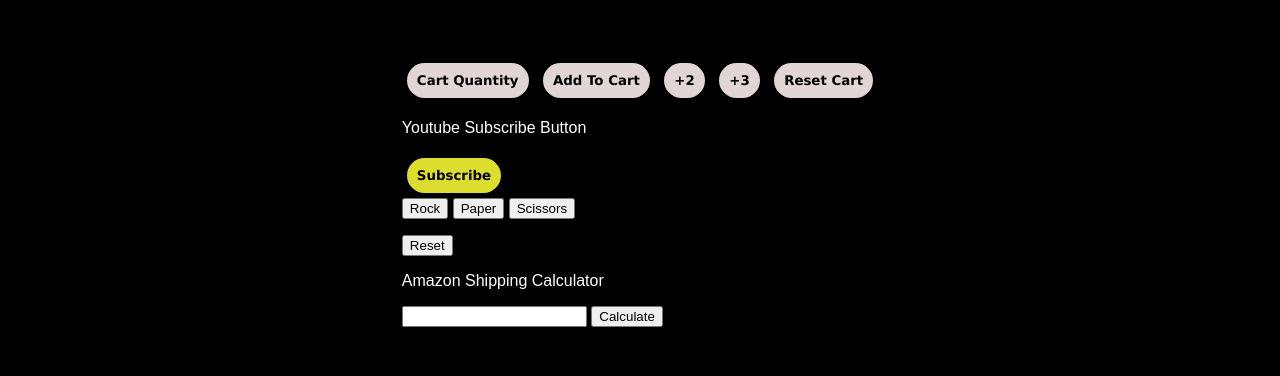
Repository: EguJaredoBoyd/Jared-Learning-Projects
Page: javascript-tutorial.html
An editor plug-in stored every save of this project. The page is shown before and after the next save, followed by the edit.
The browser window is 1280 px wide. The pictures show the whole page.

Above is the page before, as saved 2025-07-06 22:31:29.

### javascript-tutorial.html
<!DOCTYPE html>
<html lang="en">
<head>
    <meta charset="UTF-8">
    <meta name="viewport" content="width=device-width, initial-scale=1.0">
    <title>Document</title>
    <link rel="stylesheet" href="javascript-tutorial.css">
    <script src="javacript-tutorial.js" defer></script>
</head>
<body>
    <main>
        <section class="cart-class">
            <button onclick="cartDisplay()">Cart Quantity</button>
            <button onclick="addCart();
            cartDisplay()">Add To Cart</button>
            <button onclick="addCart2();
            cartDisplay()">+2</button>
            <button onclick="addCart3();
            cartDisplay()">+3</button>
            <button onclick="cartReset();
            cartDisplay()">Reset Cart</button>

            <p id="cart-quantity"></p>
            <p>Youtube Subscribe Button</p>
            <button onclick="subscribe()" class="sub-button">Subscribe</button>
        </section>

        <section class="game-play">
            <button onclick="selectRock()" class="rock">Rock</button>
            <button onclick="selectPaper()">Paper</button>
            <button onclick="selectScissors()">Scissors</button>
            <p class="win-paragraph"></p>
            <p class="move-paragraph"></p>
            <p class="score-paragraph"></p>
            <button onclick="selectReset()">Reset</button>
        </section>

        <section class="amazon-calculator">
            <p>Amazon Shipping Calculator</p>
            <input type="text" class="amazon-cost" onkeydown="handleCost(event)">
            <button onclick="calculateTotal()">Calculate</button>
            <p class="shipping-cost"></p>
        </section>
    </main>

</body>
</html>

### javascript-tutorial.css
body{
    font-family: Arial, Helvetica, sans-serif;
    background-color: black;
    display: flex;
    justify-content: center;
    padding-top: 50px;

}
.cart-class button{
    padding: 10px;
    margin: 5px;
    font-weight: bold;
    font-family: Verdana, Geneva, Tahoma, sans-serif;
    border: none;
    border-radius: 50px;

}
.cart-class button:not(.sub-button){
    background-color: rgb(225, 213, 213);

}
.sub-button{
    background-color: rgb(221, 221, 48);
}
.sub-button-two{
    background-color: rgb(225, 213, 213);
}
p{
    color: white;
}

### javacript-tutorial.js
let cartQuantity = 0;
function cartDisplay(){
    document.getElementById('cart-quantity').innerHTML = cartQuantity;
};

function addCart(){
    cartQuantity = cartQuantity + 1;
};

function addCart2(){
    cartQuantity += 2;
};

function addCart3(){
    cartQuantity += 3;
};

function cartReset(){
    alert("Cart has been reset");
    cartQuantity = 0;
};

function subscribe () {
    let subClick = document.querySelector('.sub-button');
        if (subClick.innerHTML === 'Subscribe') {
            subClick.innerHTML = 'Subscribed'
            subClick.classList.add('sub-button-two');
        } else{
            subClick.innerHTML = 'Subscribe'
            subClick.classList.remove('sub-button-two');

        }
    }




let computerMove = '';
let score = {
    wins: 0,
    losses: 0,
    ties: 0
};

// ✅ Fix 1: Load saved score if it exists in localStorage
const storage = localStorage.getItem('gameScore');
if (storage) {
    score = JSON.parse(storage);
}

console.log(score); // Optional: Just to confirm score is loaded

function selectRock() {
    // ✅ Fix 2: New random number every time the function runs
    let randomNumber = Math.random();

    if (randomNumber >= 0 && randomNumber < 1 / 3) {
        computerMove = 'rock';
    } else if (randomNumber >= 1 / 3 && randomNumber < 2 / 3) {
        computerMove = 'paper';
    } else {
        computerMove = 'scissors';
    }

    let result = '';
    if (computerMove === 'rock') {
        result = 'tie';
    } else if (computerMove === 'paper') {
        result = 'lose';
    } else if (computerMove === 'scissors') {
        result = 'win';
    }

    let newResult = '';
    if (result === 'win') {
        score.wins += 1;
        newResult = 'wins!';
    } else if (result === 'lose') {
        score.losses += 1;
        newResult = 'losses!';
    } else {
        score.ties += 1;
        newResult = 'ties!';
    }

    // ✅ Fix 3: Save updated score to localStorage
    localStorage.setItem('gameScore', JSON.stringify(score));

    let newScore, valueOne, valueTwo, outcomeOne, outcomeTwo;

    if (newResult === 'wins!') {
        newScore = score.wins;
        valueOne = score.losses;
        outcomeOne = 'losses';
        valueTwo = score.ties;
        outcomeTwo = 'ties';
    } else if (newResult === 'losses!') {
        newScore = score.losses;
        valueOne = score.wins;
        outcomeOne = 'wins';
        valueTwo = score.ties;
        outcomeTwo = 'ties';
    } else {
        newScore = score.ties;
        valueOne = score.wins;
        outcomeOne = 'wins';
        valueTwo = score.losses;
        outcomeTwo = 'losses';
    }

    alert(`You picked rock and the computer picked ${computerMove}, you ${result}!
You have ${newScore} ${newResult}, ${valueOne} ${outcomeOne}, and ${valueTwo} ${outcomeTwo}`);

    let rock = document.querySelector('.win-paragraph');
    rock.innerHTML = (`You picked rock and the computer picked ${computerMove}, you ${result}!
    You have ${newScore} ${newResult}, ${valueOne} ${outcomeOne}, and ${valueTwo} ${outcomeTwo}`);

    let rockMove = document.querySelector('.move-paragraph');
    rockMove.innerHTML = (`You - rock : ${computerMove} - Computer`);

    let rockScore = document.querySelector('.score-paragraph');
    rockScore.innerHTML = (`You ${result}!`)

}

function selectPaper() {
    let randomNumber = Math.random();

    if (randomNumber >= 0 && randomNumber < 1 / 3) {
        computerMove = 'rock';
    } else if (randomNumber >= 1 / 3 && randomNumber < 2 / 3) {
        computerMove = 'paper';
    } else {
        computerMove = 'scissors';
    }

    let result = '';
    if (computerMove === 'paper') {
        result = 'tie';
    } else if (computerMove === 'scissors') {
        result = 'lose';
    } else if (computerMove === 'rock') {
        result = 'win';
    }

    let newResult = '';
    if (result === 'win') {
        score.wins += 1;
        newResult = 'wins!';
    } else if (result === 'lose') {
        score.losses += 1;
        newResult = 'losses!';
    } else {
        score.ties += 1;
        newResult = 'ties!';
    }

    localStorage.setItem('gameScore', JSON.stringify(score));

    let newScore, valueOne, valueTwo, outcomeOne, outcomeTwo;

    if (newResult === 'wins!') {
        newScore = score.wins;
        valueOne = score.losses;
        outcomeOne = 'losses';
        valueTwo = score.ties;
        outcomeTwo = 'ties';
    } else if (newResult === 'losses!') {
        newScore = score.losses;
        valueOne = score.wins;
        outcomeOne = 'wins';
        valueTwo = score.ties;
        outcomeTwo = 'ties';
    } else {
        newScore = score.ties;
        valueOne = score.wins;
        outcomeOne = 'wins';
        valueTwo = score.losses;
        outcomeTwo = 'losses';
    }

    alert(`You picked paper and the computer picked ${computerMove}, you ${result}!
You have ${newScore} ${newResult}, ${valueOne} ${outcomeOne}, and ${valueTwo} ${outcomeTwo}`);

    let paper = document.querySelector('.win-paragraph');
        paper.innerHTML = `You picked paper and the computer picked ${computerMove}, you ${result}!
You have ${newScore} ${newResult}, ${valueOne} ${outcomeOne}, and ${valueTwo} ${outcomeTwo}`;

    let paperMove = document.querySelector('.move-paragraph');
    paperMove.innerHTML = (`You - paper : ${computerMove} - Computer`);

    let paperScore = document.querySelector('.score-paragraph');
    paperScore.innerHTML = (`You ${result}!`)


}

function selectScissors() {
    let randomNumber = Math.random();

    if (randomNumber >= 0 && randomNumber < 1 / 3) {
        computerMove = 'rock';
    } else if (randomNumber >= 1 / 3 && randomNumber < 2 / 3) {
        computerMove = 'paper';
    } else {
        computerMove = 'scissors';
    }

    let result = '';
    if (computerMove === 'scissors') {
        result = 'tie';
    } else if (computerMove === 'rock') {
        result = 'lose';
    } else if (computerMove === 'paper') {
        result = 'win';
    }

    let newResult = '';
    if (result === 'win') {
        score.wins += 1;
        newResult = 'wins!';
    } else if (result === 'lose') {
        score.losses += 1;
        newResult = 'losses!';
    } else {
        score.ties += 1;
        newResult = 'ties!';
    }

    localStorage.setItem('gameScore', JSON.stringify(score));

    let newScore, valueOne, valueTwo, outcomeOne, outcomeTwo;

    if (newResult === 'wins!') {
        newScore = score.wins;
        valueOne = score.losses;
        outcomeOne = 'losses';
        valueTwo = score.ties;
        outcomeTwo = 'ties';
    } else if (newResult === 'losses!') {
        newScore = score.losses;
        valueOne = score.wins;
        outcomeOne = 'wins';
        valueTwo = score.ties;
        outcomeTwo = 'ties';
    } else {
        newScore = score.ties;
        valueOne = score.wins;
        outcomeOne = 'wins';
        valueTwo = score.losses;
        outcomeTwo = 'losses';
    }

    alert(`You picked scissors and the computer picked ${computerMove}, you ${result}!
You have ${newScore} ${newResult}, ${valueOne} ${outcomeOne}, and ${valueTwo} ${outcomeTwo}`);

    let scissors = document.querySelector('.win-paragraph');
    scissors.innerHTML = (`You picked scissors and the computer picked ${computerMove}, you ${result}!
You have ${newScore} ${newResult}, ${valueOne} ${outcomeOne}, and ${valueTwo} ${outcomeTwo}`);

    let scissorsMove = document.querySelector('.move-paragraph');
    scissorsMove.innerHTML = (`You - scissors : ${computerMove} - Computer`);

    let scissorsScore = document.querySelector('.score-paragraph');
    scissorsScore.innerHTML = (`You ${result}!`)

}

function selectReset() {
    score = {
        wins: 0,
        losses: 0,
        ties: 0
    };

    // ✅ Fix 4: Clear the score from localStorage too
    localStorage.removeItem('gameScore');

    alert(`Your score has been reset.`);

    let scoreReset = document.querySelector('.win-paragraph');
    scoreReset.innerHTML = ('Your score has been reset.');

    let resetMove = document.querySelector('.move-paragraph');
    resetMove.innerHTML = (``);

    let resetScore = document.querySelector('.score-paragraph');
    resetScore.innerHTML = (``)
};

function calculateTotal() {
    const amazonCost = document.querySelector('.amazon-cost');
    let cost = Number(amazonCost.value);

    let amount = 50;
    if (cost < amount) {
        cost = cost + 10;

    }

    document.querySelector('.shipping-cost').innerHTML = cost;
    console.log(cost);



};

function handleCost(event) {
    if (event.key === 'Enter') {
        calculateTotal();
    }
};

After the next save:
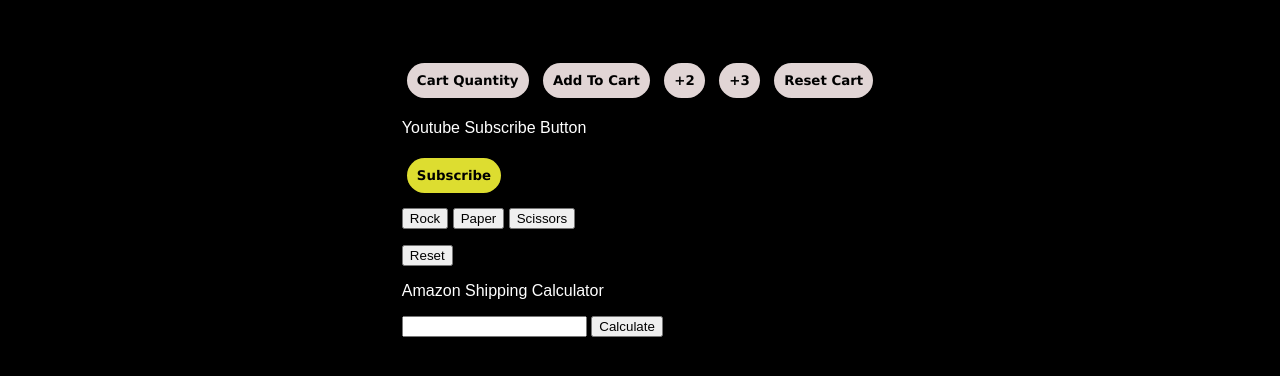
Saved 14 min 56 s later.
--- a/javascript-tutorial.css
+++ b/javascript-tutorial.css
@@ -5,6 +5,9 @@ body{
     justify-content: center;
     padding-top: 50px;
 
+}
+.cart-class{
+    margin-bottom: 10px;
 }
 .cart-class button{
     padding: 10px;
